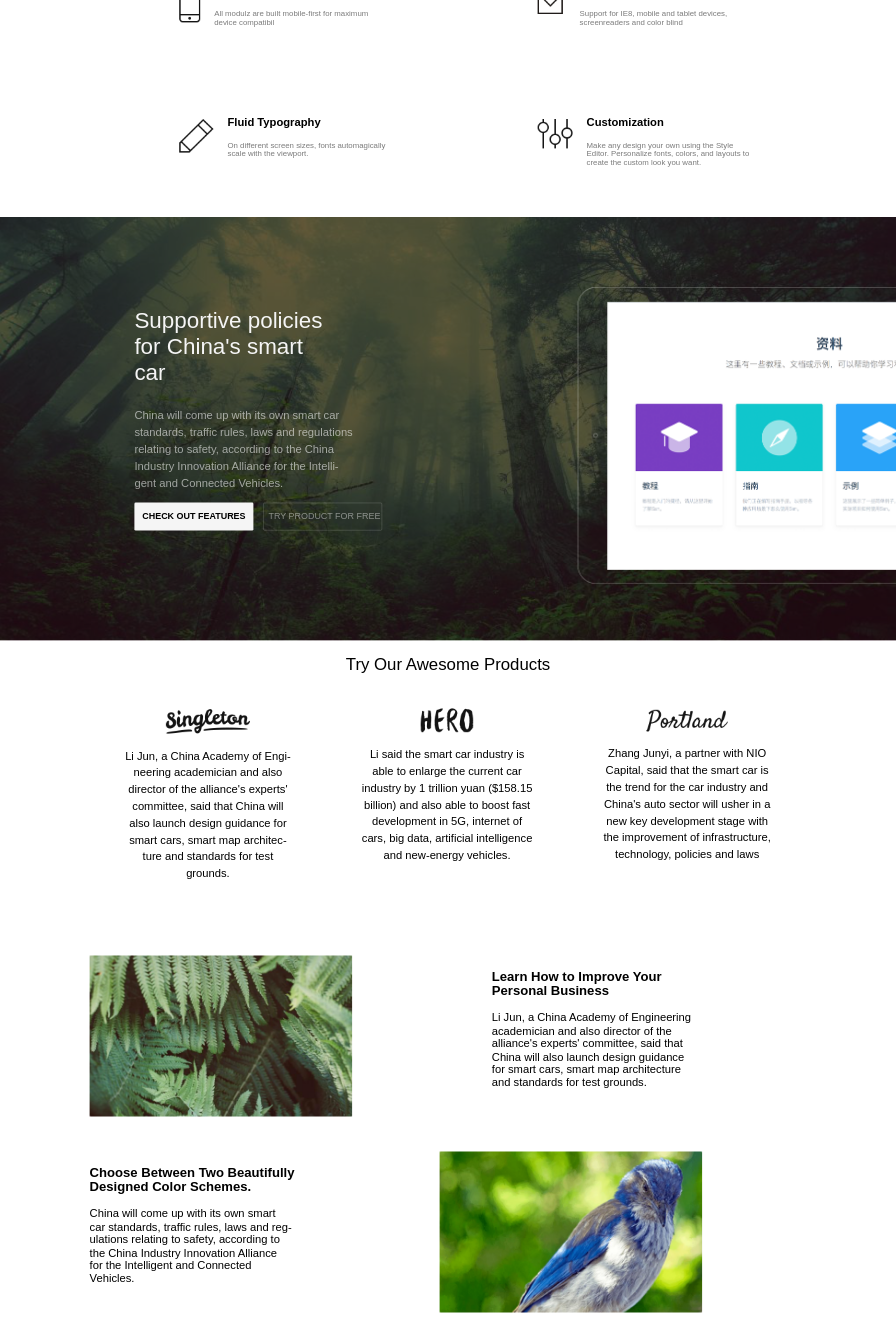
Repository: sogeisetsu/suy-ife
Page: 009-011/index.html
The author's editor kept a copy of each file at every save. The page is drawn from the files as they stood at one save, then again after the next save.
The browser window is 1280 px wide. The pictures show the part of the page from y = 900 to 2820 px (the page is 2820 px tall), at 70% of full size.

Above is the page before, as saved 2019-10-12 11:24:15.

### 009-011/index.html
<!DOCTYPE html>
<html>
    <head>
        <meta name="charset" content="utf-8">
        <meta http-equiv="refresh" content="30">
        <link rel="stylesheet" href="normalize.css" type="text/css">
        <link rel="stylesheet" href="index.css" type="text/css">
    </head>
    <body>
        <div id=head>
            <div class=headback>
                <img src="sucai/head-back.png" alt="头部背景" class="head-image">
                <div class="headbackcolor"></div>
            </div>
            <div class="headfont">
                <h1 class="headfonttittle">Hello World</h1>
                <p class="headfonttext">China is speeding up strategic plan, standards, traffic rules, laws and regulations on  </p>
                <p class="headfonttext">accident-incurred liabilities for its smart car industry, Economic Information Daily </p>
                <p class="headfonttext">reported Thursday.</p>
            </div>
            <div class="headform">
                <h2 class="tittle">Create Your Account</h2>
                <p class="text">It is absolutely free</p>
                <form action="#">
                    <input class="input-field" type="email" name="email" id="email" placeholder="Create your email">
                    <input class="input-field" type="password" name="pws" id="pws" placeholder="Create your password">
                    <input class="sign-up" type="button" value="Sign Up">
                </form>
            </div>
        </div>
        <div id="page2">
            <div class="p2head">
                <p>Boatloads of Awesome</p>
                <h2>Ready-made, customizable, HTML <br>landing page sections</h2>
            </div>
            <div class="p2text">
                <div class="iphone">
                    <img src="sucai/Iphone Icon.png" alt="iphone">
                    <div class="texto">
                    <p class="tittle">Mobile First</p>
                    <p class="text">All modulz are built mobile-first for maximum<br>device compatibil </p>
                    </div>
                </div>
                <div class="check">
                    <img src="sucai/Check Icon.png" alt="check">
                    <div class="texto">
                    <p class="tittle">Accessibility</p>
                    <p class="text">Support for IE8, mobile and tablet devices,<br> screenreaders and color blind</p>
                    </div>
                </div>
                <div class="pencil">
                    <img src="sucai/Pencil Icon.png" alt="pencil">
                    <div class="texto">
                    <p class="tittle">Fluid Typography</p>
                    <p class="text">On different screen sizes, fonts automagically<br> scale with the viewport.</p>
                    </div>
                </div>
                <div class="setting">
                    <img src="sucai/Settings Icon.png" alt="setting">
                    <div class="texto">
                    <p class="tittle">Customization</p>
                    <p class="text">Make any design your own using the Style<br> Editor. Personalize fonts, colors, and layouts to<br> create the custom look you want.</p>
                    </div>
                </div>
            </div>
        </div>
        <div id=page3>
            <div class=page3back>
                <img src="sucai/page3background.png" alt="第三张背景" class="page3-image">
                <!-- <img src="sucai/page3Screen.png" alt="ipad屏幕" class="page3-screen"> -->
                <div class="headbackcolor"></div>
                <img src="sucai/page3Screen.png" alt="ipad屏幕" class="page3-screen">
            </div>
            <div class="page3text">
                <p class="tittle">Supportive policies<br> for China's smart<br> car</p>
                <p class="text">China will come up with its own smart car<br> standards, traffic rules, laws and regulations<br> relating to safety, according to the China<br> Industry Innovation Alliance for the Intelli-<br>gent and Connected Vehicles.</p>
                <input class="CheckoutFeatures" type="button" value="CHECK OUT FEATURES">
                <input class="TryproductforFree" type="button" value="Try product for Free">
            </div>
        </div>
        <div id="page4">
            <h2 class="tittle">Try Our Awesome Products</h2>
            <div class="text">
                <div class="singleton">
                    <img src="sucai/Singleton.png" alt="singleton">
                    <p>Li Jun, a China Academy of Engi-<br>neering academician and also<br> director of the alliance's experts'<br> committee, said that China will<br> also launch design guidance for<br> smart cars, smart map architec-<br>ture and standards for test<br> grounds.</p>
                </div>
                <div class="hero">
                    <img src="sucai/Hero.png" alt="hero">
                    <p>Li said the smart car industry is<br> able to enlarge the current car<br> industry by 1 trillion yuan ($158.15<br> billion) and also able to boost fast<br> development in 5G, internet of<br> cars, big data, artificial intelligence<br> and new-energy vehicles.</p>
                </div>
                <div class="portlaned">
                    <img src="sucai/Portland.png" alt="portland">
                    <p>Zhang Junyi, a partner with NIO<br> Capital, said that the smart car is<br> the trend for the car industry and<br> China's auto sector will usher in a<br> new key development stage with<br> the improvement of infrastructure,<br> technology, policies and laws</p>
                </div>
            </div>
        </div>
        <div id="page5">
            <div class="p5text">
            <div class="tree">
                <img src="sucai/tree.png" alt="树木">
                <div class="tree-text">
                    <h3>Learn How to Improve Your <br>Personal Business</h3>
                    <p>Li Jun, a China Academy of Engineering<br> academician and also director of the<br> alliance's experts' committee, said that<br> China will also launch design guidance<br> for smart cars, smart map architecture<br> and standards for test grounds.</p>
                </div>
            </div>
            <div class="bird">
                <!-- <img src="sucai/bird.png" alt="鸟"> -->
                <div class="bird-text">
                    <h3>Choose Between Two Beautifully<br> Designed Color Schemes.</h3>
                    <p>China will come up with its own smart<br> car standards, traffic rules, laws and reg-<br>ulations relating to safety, according to<br> the China Industry Innovation Alliance<br> for the Intelligent and Connected<br> Vehicles.</p>
                </div>
                <img src="sucai/bird.png" alt="鸟">
            </div>
            </div>
        </div>
    </body>
</html>

### 009-011/index.css
html,body{
    margin: 0;
    height: 100%;
    width: 100%;
}
#head,#page2,#page3{
    width: 100%;
    height: 605px;
    overflow: hidden;
}
#page5{
    width: 100%;
    height: 605px;
    overflow: hidden;
}

#page4{
    width: 100%;
    height: 400px;
    overflow: hidden;
}
.headback{
    position: relative;
    width: 100%;
    height: 100%;
    z-index: -1;
}
.page3back{
    width: 100%;
    height: 100%;
    z-index: -1;
}
.page3-screen{
    position: relative;
    bottom: 1210px;
    height: 70%;
    display: block;
     margin-top: 100px;
     margin-right: 0%;
     float: right;
}
.headbackcolor{
    background-color: rgba(12, 10, 8, 0.61);
    width: 100%;
    height: 100%;
    position: relative;
    bottom: 605px;
}
.head-image,.page3-image{
    height: 100%;
    width: 100%;
    display: block;
}
.headfont{
    position: relative;
    margin: 0;
    bottom: 605px;
    text-align: center;
}
.headfonttittle,.page3text .tittle{
    margin-top: 130px;
    font-size: 3em;
    color: rgb(245, 245, 245);
    font-weight: 300;
}
.headfonttext,.page3text .text{
    font-weight: 300;
    color: rgba(255, 255, 255, 0.568);
}
.headform{
    position: relative;
    bottom: 605px;
    margin: 40px auto;
    border-style: solid ;
    border-width: 2px;
    border-color: rgba(236, 235, 233, 0.445);
    border-radius: 10px;
    box-sizing: border-box;
    width: 850px;
    display: flex;
    flex-direction: column;
    height: 230px;
}
.headform .tittle{
    color: rgba(252, 249, 246, 0.89);
    text-transform: uppercase;
    font-size: 1em;
    text-align: center;
}
.headform .text{
    color: rgba(252, 249, 246, 0.616);
    text-transform: uppercase;
    font-size: 0.3em;
    text-align: center;
    margin-top: 0;
    font-family: Montserrat-Light;
}
.headform form{
    margin: 40px auto;
}
input{
    color: rgb(245, 245, 245);
}
.headform .input-field{
    width: 292px;
    height: 50px;
    padding: 18px 0 18px 22px;
    margin-right: 30px;
    box-sizing: border-box;
	border-radius: 2px;
	border: solid 1px rgba(255, 255, 255, 0.2);
    background: transparent;
}

.headform .sign-up,.page3text .CheckoutFeatures,.page3text .TryproductforFree{
    color: rgb(0, 0, 0);
    background-color: rgb(245, 245, 245);
    text-align: center;
    border: 0;
    height: 40px;
    width: 130px;
    text-transform: uppercase;
    font-size: 0.8em;
    font-weight: bold;
    border-radius: 2px;
    cursor: pointer;
    outline: none;
}
.page3text .CheckoutFeatures{
    width: 170px;
}
.page3text .TryproductforFree{
    background-color: transparent;
    width: 170px;
    border: solid 1px rgba(255, 255, 255, 0.2);
    color: rgba(245, 245, 245, 0.486);
    font-weight: 400;
    position: relative;
    left: 10px;
}
.headform .sign-up:active{
    border: 0;
    border-color: rgb(245, 245, 245);
    outline: none;
}
.p2head{
    text-align: center;
    margin-top: 90px;
}
.p2head p{
    text-transform: uppercase;
    /* letter-spacing: 0.2em; */
    font-weight: 400;
    font-size: 0.8em;
    margin-bottom: 2em;
}
.p2head h2{
    font-weight: 400;
    letter-spacing: 0.1em;
    line-height: 1.2em;

}
.p2text{
    margin-top: 50px;
    display: flex;
    flex-flow: row wrap;
    margin-left: 20%;
}
.iphone,.check,.pencil,.setting{
    flex: 50%;
    margin-bottom: 60px;
    margin-top: 40px;
    /* overflow: hidden; */
}
.iphone img,.iphone .texto,.check .texto,.check img,.pencil .texto,.pencil img,.setting img,.setting .texto{
    float: left;
}
.iphone .texto,.check .texto,.pencil .texto,.setting .texto{
    position: relative;
    left: 20px;
    bottom: 20px;
    margin: 0;
}
.texto .tittle{
    font-weight: bold;
}
.texto .text{
    font-size: 0.7em;
    color: rgba(0, 0, 0, 0.521);
}
.page3text{
    width: 70%;
    left: 15%;
    bottom: 605px;
    position: relative;
}
.page3text .tittle{
    font-size: 2em;;
}
.page3text .text{
    line-height: 1.5em;
}
#page4 .tittle{
    text-align: center;
    font-weight: 400;
}
#page4 .text{
    display: flex;
    flex-flow: row;
    text-align: center;
    align-items: center;
    justify-content: space-around;
    margin-top: 50px;
    margin-left: 10%;
    margin-right: 10%;
}
.portlaned p,.singleton p,.hero p{
    font-weight: 300;
    line-height: 1.5em;
}
.hero,.portlaned{
    position: relative;
    bottom: 13px;
}
#page5 .tree,#page5 .bird{
    display: flex;
    /* width: 2000px; */
    box-sizing: border-box;
    width: 100%;
    margin-top: 50px;
    margin-left: 10%;
    position: relative;
    /* bottom: 605px; */

}
.tree .tree-text,.bird .bird-text{
    box-sizing: border-box;
    width: 500px;
    position: relative;
}
.tree .tree-text{
    left: 200px;
}
.p5text{
    box-sizing: border-box;
    width: 100%;
    height: 100%;
    margin: auto;
}
#page5 img{
    height: 230px;
}

Loaded but not shown: 009-011/normalize.css (library)

After the next save:
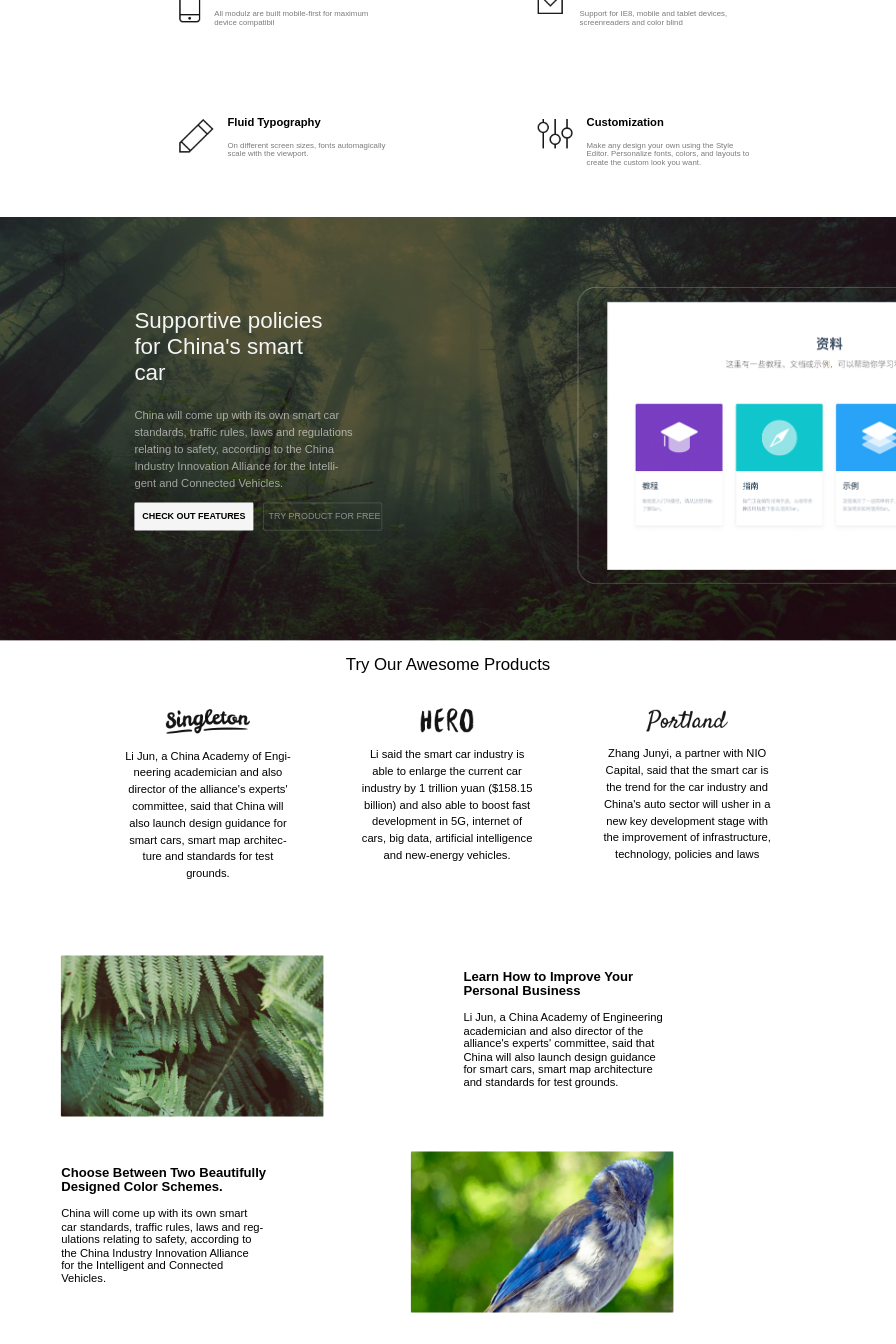
Saved 4 min 40 s later.
--- a/009-011/index.css
+++ b/009-011/index.css
@@ -231,7 +231,6 @@
     margin-left: 10%;
     position: relative;
     /* bottom: 605px; */
-
 }
 .tree .tree-text,.bird .bird-text{
     box-sizing: border-box;
@@ -242,10 +241,8 @@
     left: 200px;
 }
 .p5text{
-    box-sizing: border-box;
-    width: 100%;
-    height: 100%;
-    margin: auto;
+    display: inline-block;
+
 }
 #page5 img{
     height: 230px;

After the 2 saves that followed:
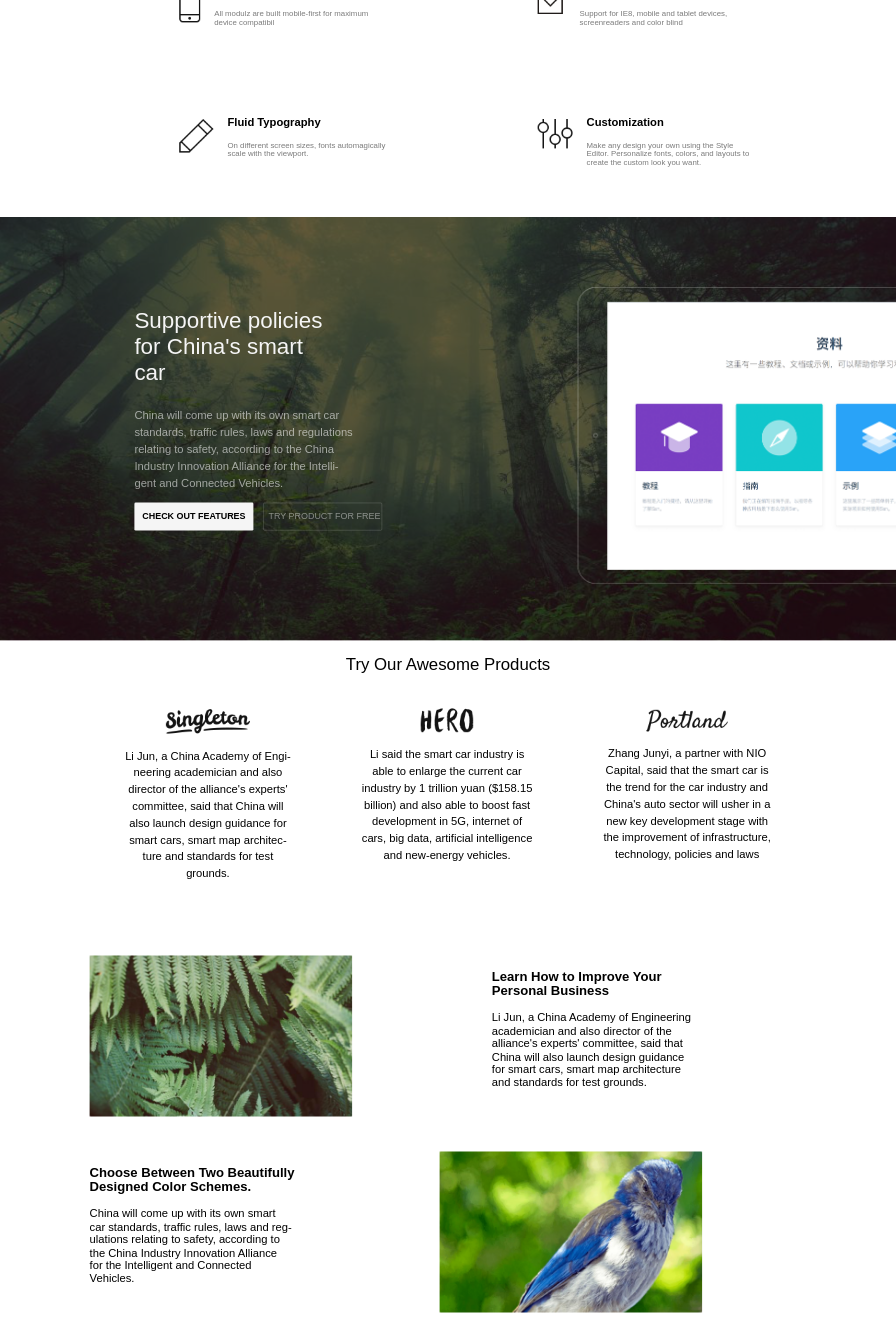
The 2 saves are shown as one change because 1 left the picture as it was.
The last was saved 86 s later.
--- a/009-011/index.css
+++ b/009-011/index.css
@@ -241,8 +241,6 @@
     left: 200px;
 }
 .p5text{
-    display: inline-block;
-
 }
 #page5 img{
     height: 230px;
